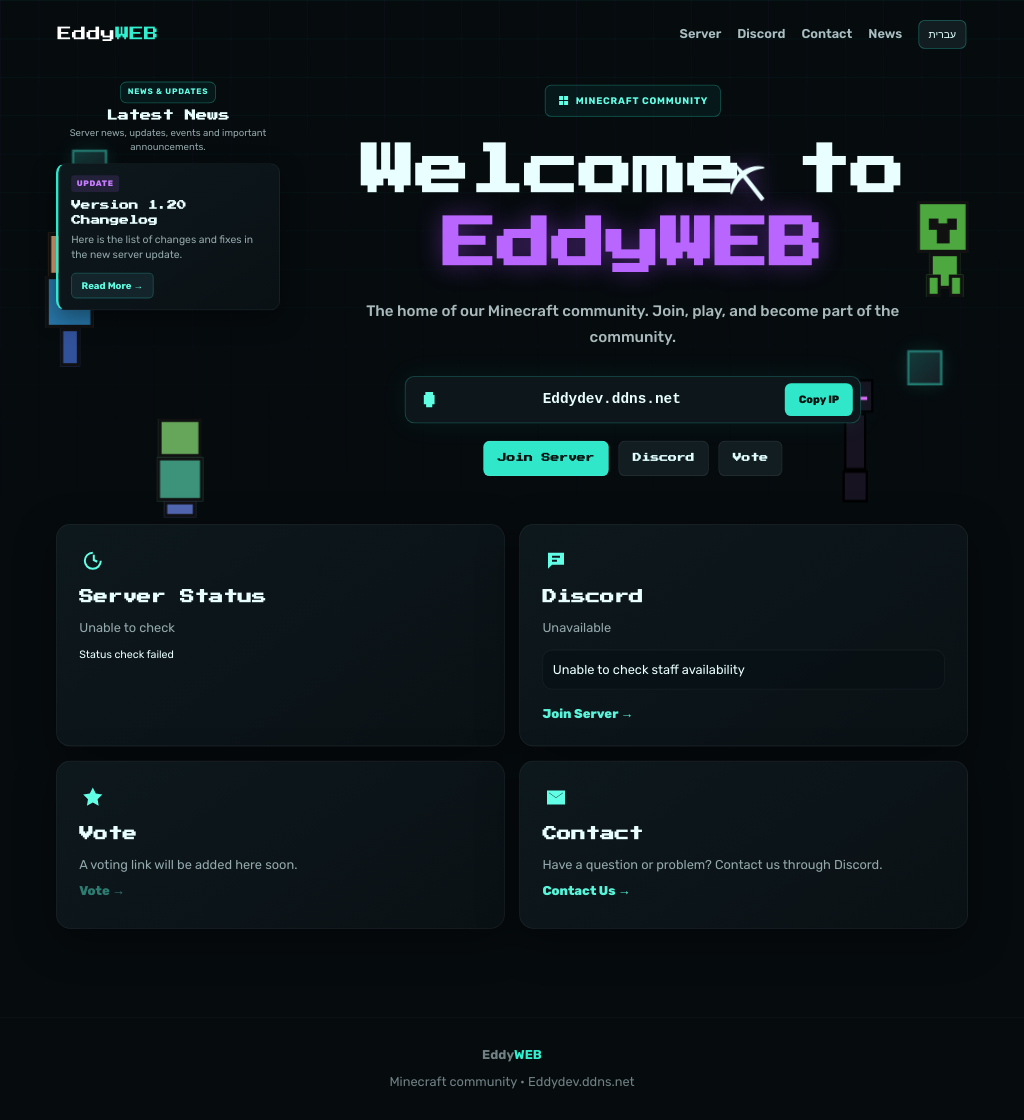
Repository: eddush/EddyWEB
Page: index.html
These files come from the project's save history. The page is drawn as it stood at one moment and after a run of saves; the edit follows.
The browser window is 1280 px wide. The pictures show the whole page, at 80% of full size.
The page's requests for data from a server got no answer.

Above is the page before, as saved 2026-09-19 17:22:33.

### index.html
<!doctype html>
<html lang="en" dir="ltr">

<head>
  <meta charset="UTF-8">
  <meta name="viewport" content="width=device-width,initial-scale=1">
  <meta name="theme-color" content="#071014">
  <title>EddyWEB | Minecraft</title>
  <link rel="stylesheet" href="style.css">
</head>

<body>
  <div class="grid"></div>
  <div class="pixel-scene" aria-hidden="true">
    <div class="block b1"></div>
    <div class="block b2"></div>
    <div class="mob steve">
      <div class="head skin"></div>
      <div class="body shirt"></div>
      <div class="leg"></div>
    </div>
    <div class="mob creeper">
      <div class="creeper-head"><i></i><i></i><b></b></div>
      <div class="creeper-body"></div>
      <div class="creeper-leg l1"></div>
      <div class="creeper-leg l2"></div>
    </div>
    <div class="mob enderman">
      <div class="end-head"><i></i></div>
      <div class="end-body"></div>
      <div class="end-leg"></div>
    </div>
    <div class="mob zombie">
      <div class="z-head"></div>
      <div class="z-body"></div>
      <div class="z-leg"></div>
    </div>
    <div class="pickaxe">⛏</div>
  </div>

  <header>
    <a class="logo" href="#">Eddy<span>WEB</span></a>
    <nav>
      <a href="#server">Server</a>
      <a href="#community">Discord</a>
      <a href="#contact">Contact</a>
      <a href="#news">News</a>
      <button class="lang-btn" id="lang-toggle" onclick="toggleLanguage()">עברית</button>
    </nav>
  </header>

  <main>
    <div class="top-container">
      <section class="hero">
        <div class="badge">
          <svg viewBox="0 0 24 24">
            <path d="M3 3h8v8H3zM13 3h8v8h-8zM3 13h8v8H3zM13 13h8v8h-8z" />
          </svg>MINECRAFT COMMUNITY
        </div>
        <h1>Welcome to <span>EddyWEB</span></h1>
        <p>The home of our Minecraft community. Join, play, and become part of the community.</p>
        <div class="ip">
          <svg viewBox="0 0 24 24">
            <path d="M7 2h10v4H7zM5 6h14v12H5zM8 18h8v4H8zM8 10h2v2H8zm6 0h2v2h-2z" />
          </svg>
          <strong id="ip">Eddydev.ddns.net</strong>
          <button onclick="copyIP()">Copy IP</button>
        </div>
        <small id="copied"></small>
        <div class="actions">
          <a class="btn primary" href="#server">Join Server</a>
          <a class="btn" href="https://discord.gg/zXq9E8FQCS" target="_blank">Discord</a>
          <a class="btn" href="#vote">Vote</a>
        </div>
      </section>

      <section id="news" class="news-section">
        <div class="section-heading">
          <div class="badge">NEWS &amp; UPDATES</div>
          <h2>Latest News</h2>
          <p>Server news, updates, events and important announcements.</p>
        </div>
        <div class="news-grid" id="news-grid">
          <!-- המודעות ייטענו לכאן באופן אוטומטי מ-news.json -->
        </div>
      </section>
    </div>

    <section id="server" class="cards">
      <article class="card">
        <div class="icon"><svg viewBox="0 0 24 24">
            <path d="M12 3a9 9 0 1 0 9 9h-2a7 7 0 1 1-7-7zm0 3v6l4 2 1-2-3-1.5V6z" />
          </svg></div>
        <h2>Server Status</h2>
        <p id="status">Checking...</p>
        <small id="players"></small>
      </article>
      <article id="community" class="card">
        <div class="icon"><svg viewBox="0 0 24 24">
            <path d="M4 4h16v12H8l-4 4zm4 5h8V7H8zm0 4h5v-2H8z" />
          </svg></div>
        <h2>Discord</h2>
        <p id="discord-members">Checking member count...</p>
        <div id="discord-staff" class="staff-status"><span>Checking available staff...</span></div>
        <a class="textbtn" href="https://discord.gg/zXq9E8FQCS" target="_blank">Join Server →</a>
      </article>
      <article id="vote" class="card">
        <div class="icon"><svg viewBox="0 0 24 24">
            <path d="m12 2 3 6 6.6.9-4.8 4.7 1.1 6.6L12 17l-5.9 3.2 1.1-6.6L2.4 8.9 9 8z" />
          </svg></div>
        <h2>Vote</h2>
        <p>A voting link will be added here soon.</p>
        <a class="textbtn disabled">Vote →</a>
      </article>
      <article id="contact" class="card">
        <div class="icon"><svg viewBox="0 0 24 24">
            <path d="M3 5h18v14H3zm2 2v.5l7 5 7-5V7l-7 5-7-5z" />
          </svg></div>
        <h2>Contact</h2>
        <p>Have a question or problem? Contact us through Discord.</p>
        <a class="textbtn" href="https://discord.gg/zXq9E8FQCS" target="_blank">Contact Us →</a>
      </article>
    </section>
  </main>

  <footer>
    <b>Eddy<span>WEB</span></b>
    <p>Minecraft community • Eddydev.ddns.net</p>
  </footer>

  <script src="script.js"></script>
</body>

</html>

### style.css
@import url('https://fonts.googleapis.com/css2?family=Press+Start+2P&family=Rubik:wght@400;500;600;700;800&display=swap');

* {
  box-sizing: border-box
}

html {
  scroll-behavior: smooth;
  width: 100%;
  overflow-x: hidden
}

body {
  margin: 0;
  width: 100%;
  min-width: 0;
  background: #060b0e;
  color: #e9ffff;
  font-family: 'Rubik', Arial, sans-serif;
  overflow-x: hidden;
  line-height: 1.5;
}

.grid {
  position: fixed;
  inset: 0;
  z-index: 0;
  background-image:
    linear-gradient(rgba(20, 255, 220, .045) 1px, transparent 1px),
    linear-gradient(90deg, rgba(174, 64, 255, .045) 1px, transparent 1px);
  background-size: 48px 48px;
  mask-image: linear-gradient(to bottom, #000, transparent 90%);
  pointer-events: none;
}

.pixel-scene {
  position: absolute;
  inset: 70px 0 0;
  z-index: 0;
  pointer-events: none;
  overflow: hidden;
}

.mob,
.block,
.pickaxe {
  position: absolute;
  image-rendering: pixelated
}

.block {
  width: 44px;
  height: 44px;
  border: 3px solid #37e6cc66;
  background: linear-gradient(135deg, #123b39, #172027);
  box-shadow: 0 0 24px #35e6cc22;
  transform: rotate(8deg);
  animation: float 5s ease-in-out infinite;
}

.b1 {
  left: 7%;
  top: 18%
}

.b2 {
  right: 8%;
  top: 58%;
  animation-delay: 1.5s
}

.steve {
  left: 4%;
  top: 35%;
  width: 72px;
  height: 145px;
  animation: float 4s ease-in-out infinite;
}

.head {
  width: 54px;
  height: 54px;
  margin: auto;
  border: 4px solid #111;
  background: #b97952;
  box-shadow: inset 15px 0 #d79b72;
  position: relative;
}

.head:before,
.head:after {
  content: '';
  position: absolute;
  width: 7px;
  height: 7px;
  background: #111;
  top: 22px
}

.head:before {
  left: 15px
}

.head:after {
  right: 15px
}

.body {
  width: 60px;
  height: 65px;
  margin: 0 auto;
  background: #2776a8;
  border: 4px solid #111
}

.leg {
  width: 25px;
  height: 48px;
  background: #31519a;
  border: 4px solid #111;
  margin: auto
}

.creeper {
  right: 5%;
  top: 28%;
  width: 70px;
  height: 120px;
  animation: float 4.7s ease-in-out infinite .7s;
}

.creeper-head {
  width: 65px;
  height: 65px;
  background: #4da83f;
  border: 4px solid #111;
  position: relative
}

.creeper-head i {
  position: absolute;
  width: 12px;
  height: 14px;
  background: #111;
  top: 18px
}

.creeper-head i:first-child {
  left: 11px
}

.creeper-head i:nth-child(2) {
  right: 11px
}

.creeper-head b {
  position: absolute;
  width: 16px;
  height: 25px;
  background: #111;
  left: 21px;
  bottom: 8px
}

.creeper-body {
  width: 38px;
  height: 45px;
  background: #4da83f;
  border: 4px solid #111;
  margin: auto
}

.creeper-leg {
  position: absolute;
  bottom: 0;
  width: 18px;
  height: 28px;
  background: #4da83f;
  border: 4px solid #111
}

.l1 {
  left: 12px
}

.l2 {
  right: 12px
}

.enderman {
  right: 15%;
  top: 63%;
  width: 38px;
  height: 150px;
  animation: float 5.2s ease-in-out infinite 1s;
}

.end-head {
  width: 42px;
  height: 42px;
  background: #171320;
  border: 3px solid #000;
  position: relative
}

.end-head i {
  position: absolute;
  left: 5px;
  right: 5px;
  top: 19px;
  height: 4px;
  background: #e66cff
}

.end-body {
  width: 28px;
  height: 72px;
  background: #171320;
  border: 3px solid #000;
  margin: auto
}

.end-leg {
  width: 32px;
  height: 40px;
  background: #171320;
  border: 3px solid #000;
  margin: auto
}

.zombie {
  left: 15%;
  top: 70%;
  width: 65px;
  height: 105px;
  animation: float 4.3s ease-in-out infinite 1.2s;
}

.z-head {
  width: 54px;
  height: 48px;
  margin: auto;
  background: #65a65a;
  border: 4px solid #111
}

.z-body {
  width: 58px;
  height: 55px;
  margin: auto;
  background: #3d927a;
  border: 4px solid #111
}

.z-leg {
  width: 40px;
  height: 20px;
  margin: auto;
  background: #5369b5;
  border: 4px solid #111
}

.pickaxe {
  right: 25%;
  top: 18%;
  font-size: 58px;
  filter: drop-shadow(0 0 12px #a855ff88);
  animation: spin 7s linear infinite;
}

@keyframes float {

  0%,
  100% {
    transform: translateY(0)
  }

  50% {
    transform: translateY(-14px)
  }
}

@keyframes spin {
  0% {
    transform: rotate(-12deg)
  }

  50% {
    transform: rotate(18deg)
  }

  100% {
    transform: rotate(-12deg)
  }
}

header {
  position: relative;
  z-index: 3;
  width: 100%;
  max-width: 1180px;
  margin: auto;
  padding: 25px 22px;
  display: flex;
  align-items: center;
  justify-content: space-between;
  gap: 18px;
}

.logo {
  flex: 0 0 auto;
  font-family: 'Press Start 2P', 'Courier New', monospace;
  font-size: 18px;
  color: #fff;
  text-decoration: none;
  white-space: nowrap;
}

.logo span,
footer span {
  color: #30f0d0
}

nav {
  display: flex;
  align-items: center;
  justify-content: flex-end;
  flex-wrap: wrap;
  gap: 12px 20px;
  min-width: 0;
}

nav a {
  color: #a9bfc2;
  text-decoration: none;
  font-family: 'Rubik', Arial, sans-serif;
  font-weight: 600;
  white-space: nowrap;
}

nav a:hover {
  color: #5fffe4
}

.hero {
  position: relative;
  z-index: 2;
  width: 100%;
  max-width: 1000px;
  margin: 65px auto 75px;
  padding: 20px 24px;
  text-align: center;
}

.badge {
  display: inline-flex;
  align-items: center;
  justify-content: center;
  gap: 8px;
  max-width: 100%;
  padding: 10px 15px;
  border: 1px solid #28dcbf55;
  background: #13d9bc10;
  border-radius: 8px;
  color: #63ffe7;
  font-family: 'Rubik', Arial, sans-serif;
  font-size: 12px;
  font-weight: 700;
  letter-spacing: 1px;
}

.badge svg {
  width: 15px;
  height: 15px;
  fill: currentColor;
  flex: none
}

h1 {
  max-width: 100%;
  font-family: 'Press Start 2P', 'Courier New', monospace;
  font-size: clamp(28px, 6vw, 68px);
  line-height: 1.35;
  margin: 24px auto 20px;
  font-weight: 800;
  overflow-wrap: anywhere;
}

h1 span {
  color: #b965ff;
  text-shadow: 0 0 30px #a847ff66
}

.hero>p {
  width: 100%;
  max-width: 720px;
  margin: 0 auto;
  padding: 0 8px;
  color: #a9babc;
  font-family: 'Rubik', Arial, sans-serif;
  font-size: clamp(15px, 2vw, 19px);
  font-weight: 500;
  line-height: 1.7;
  overflow-wrap: anywhere;
}

.ip {
  display: flex;
  align-items: center;
  width: min(570px, 100%);
  min-width: 0;
  margin: 32px auto 6px;
  padding: 8px 9px 8px 18px;
  gap: 12px;
  border: 1px solid #32e4ca44;
  background: #0d171b;
  box-shadow: 0 0 35px #20e2c012;
  border-radius: 12px;
}

.ip>svg {
  width: 23px;
  height: 23px;
  fill: #5fffe4;
  flex: none
}

.ip strong {
  min-width: 0;
  flex: 1 1 auto;
  font-family: monospace;
  font-size: 18px;
  direction: ltr;
  text-align: center;
  overflow-wrap: anywhere;
}

.ip button,
.btn {
  border: 0;
  border-radius: 8px;
  padding: 13px 17px;
  font-family: 'Rubik', Arial, sans-serif;
  font-weight: 800;
  cursor: pointer;
}

.ip button {
  background: #31e7ca;
  color: #04110f;
  flex: none
}

.ip button:hover,
.primary:hover {
  filter: brightness(1.1);
  transform: translateY(-2px)
}

#copied {
  display: block;
  color: #62ffe5;
  font-family: 'Rubik', Arial, sans-serif
}

.actions {
  display: flex;
  justify-content: center;
  align-items: center;
  gap: 12px;
  margin-top: 22px;
  flex-wrap: wrap;
}

.btn {
  font-family: 'Press Start 2P', 'Courier New', monospace;
  font-size: 11px;
  display: inline-flex;
  align-items: center;
  justify-content: center;
  background: #121d22;
  color: #dffefd;
  border: 1px solid #ffffff14;
  text-decoration: none;
  transition: .2s;
}

.btn:hover {
  border-color: #a95cff66;
  transform: translateY(-2px)
}

.primary {
  background: #31e7ca;
  color: #04110f
}

.cards {
  position: relative;
  z-index: 2;
  width: 100%;
  max-width: 1180px;
  margin: 0 auto 90px;
  padding: 20px;
  display: grid;
  grid-template-columns: repeat(2, minmax(0, 1fr));
  gap: 18px;
}

.card {
  min-width: 0;
  width: 100%;
  background: linear-gradient(145deg, #0d181d, #0a1115);
  border: 1px solid #ffffff10;
  border-radius: 18px;
  padding: 28px;
  min-height: 210px;
  box-shadow: 0 15px 50px #0006;
  transition: .25s;
}

.card:hover {
  transform: translateY(-5px);
  border-color: #31e7ca44
}

.icon {
  width: 34px;
  height: 34px;
  display: grid;
  place-items: center;
  color: #61ffe5
}

.icon svg {
  width: 30px;
  height: 30px;
  fill: currentColor
}

.card h2 {
  font-family: 'Press Start 2P', 'Courier New', monospace;
  font-size: 18px;
  line-height: 1.6;
  margin: 14px 0 10px;
  overflow-wrap: anywhere;
}

.card p {
  max-width: 100%;
  margin: 8px 0;
  color: #93a8ab;
  font-family: 'Rubik', Arial, sans-serif;
  font-size: 16px;
  line-height: 1.7;
  overflow-wrap: anywhere;
}

.staff-status {
  width: 100%;
  min-width: 0;
  margin: 14px 0 18px;
  padding: 12px;
  border: 1px solid #ffffff0d;
  border-radius: 12px;
  background: #07101488;
}

.staff-title {
  color: #dffefd;
  margin-bottom: 10px;
  font-family: 'Rubik', Arial, sans-serif;
  font-weight: 700;
}

.staff-title strong {
  color: #5fffe4;
  font-size: 20px
}

.staff-row {
  display: grid;
  grid-template-columns: minmax(0, 1fr) auto;
  align-items: center;
  gap: 10px;
  padding: 9px 0;
  border-bottom: 1px solid #ffffff08;
  color: #91a6a9;
  font-family: 'Rubik', Arial, sans-serif;
  font-size: 14px;
  line-height: 1.35;
}

.staff-row:last-child {
  border-bottom: 0
}

.staff-row span:first-child {
  min-width: 0;
  overflow-wrap: anywhere
}

.staff-row span:last-child {
  white-space: nowrap;
  text-align: right
}

.staff-row b {
  color: #b965ff
}

.textbtn {
  display: inline-block;
  color: #59f5da;
  text-decoration: none;
  font-family: 'Rubik', Arial, sans-serif;
  font-weight: 800;
}

.disabled {
  opacity: .45;
  pointer-events: none
}

footer {
  position: relative;
  z-index: 2;
  text-align: center;
  border-top: 1px solid #ffffff0c;
  padding: 35px 20px;
  color: #708184;
  font-family: 'Rubik', Arial, sans-serif;
}

footer p {
  margin: 10px 0 0;
  overflow-wrap: anywhere
}

.lang-btn {
  font-family: 'Rubik', Arial, sans-serif;
  font-size: 13px;
  background: #121d22;
  color: #dffefd;
  border: 1px solid #31e7ca55;
  border-radius: 8px;
  padding: 9px 12px;
  cursor: pointer;
  white-space: nowrap;
  line-height: 1.2;
  transition: .2s;
}

.lang-btn:hover {
  border-color: #b965ff88;
  color: #fff;
  transform: translateY(-2px)
}

html[dir="rtl"] nav {
  direction: rtl
}

@media(max-width:900px) {
  header {
    padding: 18px 16px;
    align-items: flex-start;
  }

  .logo {
    font-size: 15px
  }

  nav {
    gap: 8px 10px;
    max-width: 70%
  }

  nav a {
    font-size: 13px
  }

  .hero {
    margin: 42px auto 55px;
    padding: 16px;
  }

  h1 {
    font-size: clamp(24px, 7.5vw, 42px);
    line-height: 1.45;
    margin-top: 20px;
  }

  .hero>p {
    font-size: 16px;
    line-height: 1.75;
  }

  .cards {
    grid-template-columns: minmax(0, 1fr);
    padding: 14px;
  }

  .card {
    padding: 24px
  }

  .pixel-scene .steve,
  .pixel-scene .zombie {
    left: -20px
  }

  .pixel-scene .creeper,
  .pixel-scene .enderman {
    right: -18px
  }

  .pixel-scene .pickaxe {
    right: 2%;
    font-size: 40px
  }
}

@media(max-width:520px) {
  header {
    flex-direction: column;
    align-items: center;
    justify-content: center;
    gap: 14px;
  }

  nav {
    width: 100%;
    max-width: none;
    justify-content: center;
  }

  .logo {
    font-size: 14px
  }

  .hero {
    margin-top: 30px;
    padding: 12px;
  }

  .badge {
    font-size: 10px;
    padding: 9px 11px
  }

  h1 {
    font-size: clamp(23px, 7vw, 34px);
    line-height: 1.55;
    margin-bottom: 18px;
  }

  .hero>p {
    font-size: 15px;
    line-height: 1.8;
    padding: 0;
  }

  .ip {
    margin-top: 24px;
    padding: 7px;
    gap: 7px;
  }

  .ip>svg {
    width: 20px;
    height: 20px
  }

  .ip strong {
    font-size: 14px
  }

  .ip button {
    padding: 11px 9px;
    font-size: 12px
  }

  .actions {
    gap: 8px
  }

  .btn {
    font-size: 9px;
    padding: 12px 11px
  }

  .card {
    padding: 20px
  }

  .card h2 {
    font-size: 16px;
    line-height: 1.6
  }

  .card p {
    font-size: 15px
  }

  .staff-row {
    font-size: 13px;
    gap: 7px
  }
}

@media(max-width:360px) {
  .staff-row {
    grid-template-columns: 1fr;
    gap: 3px;
  }

  .staff-row span:last-child {
    text-align: left
  }

  html[dir="rtl"] .staff-row span:last-child {
    text-align: right
  }

  .ip strong {
    font-size: 12px
  }

  .ip button {
    font-size: 11px;
    padding: 10px 7px
  }
}

/* ===================================================
   Top Container & News Section (Compact & Dynamic)
   =================================================== */
.top-container {
  position: relative;
  z-index: 2;
  width: 100%;
  max-width: 1180px;
  margin: 15px auto 35px;
  padding: 0 20px;
  display: grid;
  grid-template-columns: 280px 1fr;
  grid-template-areas: "news hero";
  gap: 22px;
  align-items: start;
}

html[dir="rtl"] .top-container {
  grid-template-columns: 1fr 280px;
  grid-template-areas: "hero news";
}

.top-container .hero {
  grid-area: hero;
  margin: 0;
  padding: 5px 0;
  max-width: 100%;
}

.top-container .news-section {
  grid-area: news;
  margin: 0;
  padding: 0;
  width: 100%;
  max-width: 100%;
}

.section-heading {
  text-align: center;
  margin-bottom: 12px;
}

.section-heading .badge {
  margin-bottom: 6px;
  font-size: 10px;
  padding: 5px 9px;
}

.section-heading h2 {
  margin: 0 0 4px;
  font-family: 'Press Start 2P', 'Courier New', monospace;
  font-size: 14px;
  line-height: 1.4;
}

.section-heading p {
  margin: 0 auto;
  max-width: 100%;
  color: #93a8ab;
  font-size: 12px;
  line-height: 1.4;
}

.news-grid {
  display: grid;
  grid-template-columns: 1fr;
  gap: 12px;
}

.news-card {
  min-width: 0;
  padding: 14px 16px;
  background: linear-gradient(145deg, #0d181d, #0a1115);
  border: 1px solid #ffffff10;
  border-left: 3px solid #31e7ca;
  border-radius: 12px;
  box-shadow: 0 10px 30px #0006;
  display: flex;
  flex-direction: column;
  align-items: flex-start;
}

html[dir="rtl"] .news-card {
  border-left: 1px solid #ffffff10;
  border-right: 3px solid #31e7ca;
  align-items: flex-start;
}

.news-date {
  display: inline-block;
  margin-bottom: 8px;
  padding: 3px 7px;
  border-radius: 4px;
  background: #b965ff22;
  color: #c77cff;
  font-family: 'Rubik', Arial, sans-serif;
  font-size: 10px;
  font-weight: 800;
  letter-spacing: 0.8px;
}

.news-card h3 {
  margin: 0 0 6px;
  font-family: 'Press Start 2P', 'Courier New', monospace;
  font-size: 12px;
  line-height: 1.5;
  overflow-wrap: anywhere;
}

.news-card p {
  margin: 0 0 12px;
  color: #93a8ab;
  font-size: 13px;
  line-height: 1.5;
  overflow-wrap: anywhere;
}

.news-btn {
  display: inline-flex;
  align-items: center;
  gap: 6px;
  padding: 6px 12px;
  background: #14242b;
  color: #5fffe4;
  border: 1px solid #31e7ca44;
  border-radius: 6px;
  font-family: 'Rubik', Arial, sans-serif;
  font-size: 12px;
  font-weight: 700;
  text-decoration: none;
  transition: all 0.2s ease;
  margin-top: auto;
}

.news-btn:hover {
  background: #31e7ca;
  color: #04110f;
  transform: translateY(-2px);
  box-shadow: 0 4px 12px #31e7ca33;
}

@media(max-width: 900px) {

  .top-container,
  html[dir="rtl"] .top-container {
    grid-template-columns: 1fr;
    grid-template-areas:
      "hero"
      "news";
    gap: 20px;
  }
}

Loaded but not shown: news.json (15 lines, source omitted); script.js (104 lines, source omitted)

After the next 3 saves:
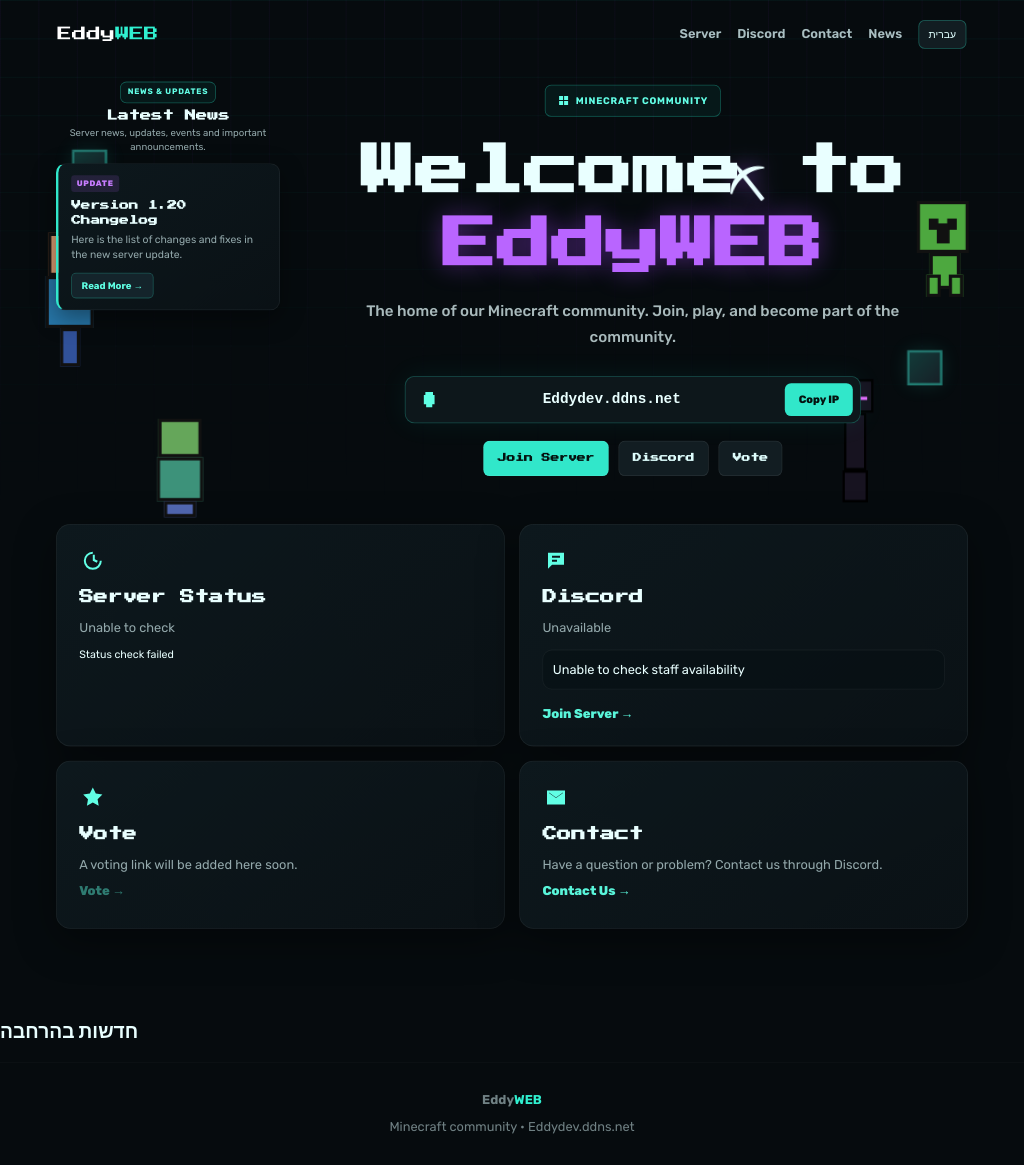
The 3 saves are shown as one change because they came seconds apart.
The last was saved 23 h 51 min later.
--- a/index.html
+++ b/index.html
@@ -123,6 +123,14 @@
     </section>
   </main>
 
+
+
+  <!-- אזור חדשות מוגדלות בתחתית הדף -->
+  <section id="large-news-section" class="large-news-container">
+    <h2>חדשות בהרחבה</h2>
+    <div id="large-news-grid" class="large-news-grid"></div>
+  </section>
+
   <footer>
     <b>Eddy<span>WEB</span></b>
     <p>Minecraft community • Eddydev.ddns.net</p>
